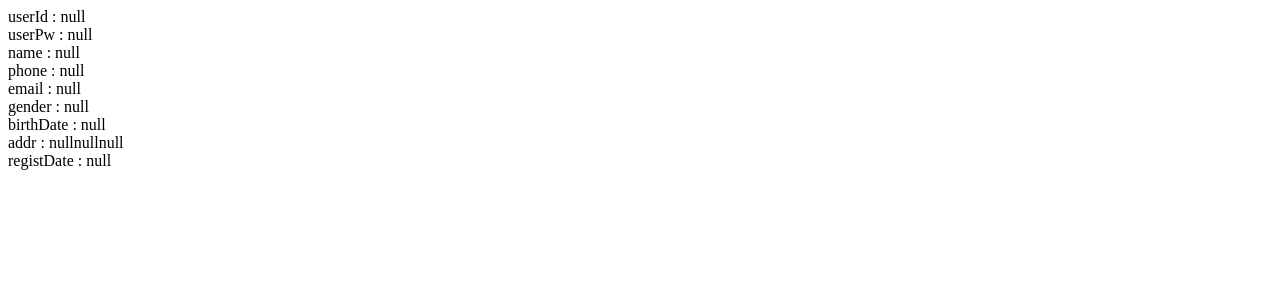
Repository: Pen-nek/Java_original
Page: http://localhost/JspBook/exaddmember/processAddMember.jsp
The author's editor kept a copy of each file at every save. The page is drawn from the files as they stood at one save, then again after the next save.
The browser window is 1280 px wide. The pictures show the whole page.
The page is served by Tomcat 9. Nobody is signed in. The application's start-up code is not run.

Above is the page before, as saved 2019-08-22 08:06:39.

After the next save:
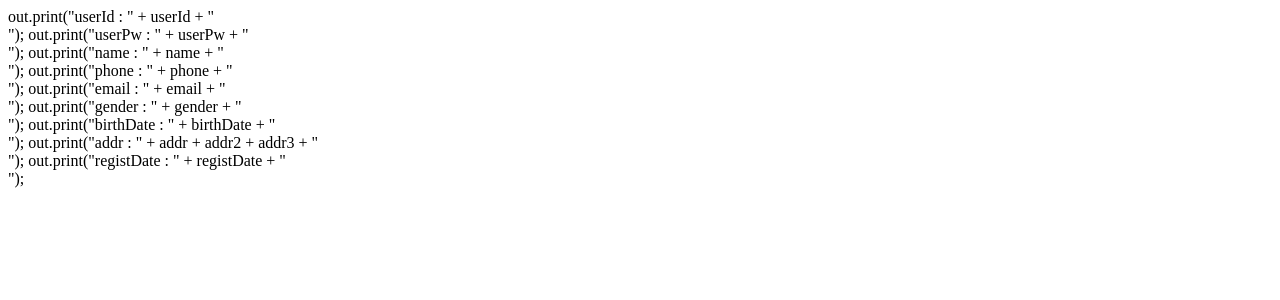
Saved 5 min 5 s later.
--- a/JspBook/WebContent/exaddmember/processAddMember.jsp
+++ b/JspBook/WebContent/exaddmember/processAddMember.jsp
@@ -1,7 +1,8 @@
 <%@ page contentType="text/html; charset=utf-8"%>
 <%@ page import="java.util.*"%>
-<title></title>
-
+<head>
+	<title>Added Member</title>
+</head>
 <%
 	request.setCharacterEncoding("UTF-8");
 
@@ -16,6 +17,8 @@
 	String addr2 = request.getParameter("addr2");
 	String addr3 = request.getParameter("addr3");
 	String registDate = request.getParameter("registDate");
+%>
+
 
 	out.print("userId : " + userId + "<br>");
 	out.print("userPw : " + userPw + "<br>");
@@ -26,4 +29,3 @@
 	out.print("birthDate : " + birthDate + "<br>");
 	out.print("addr : " + addr + addr2 + addr3 + "<br>");
 	out.print("registDate : " + registDate + "<br>");
-%>
